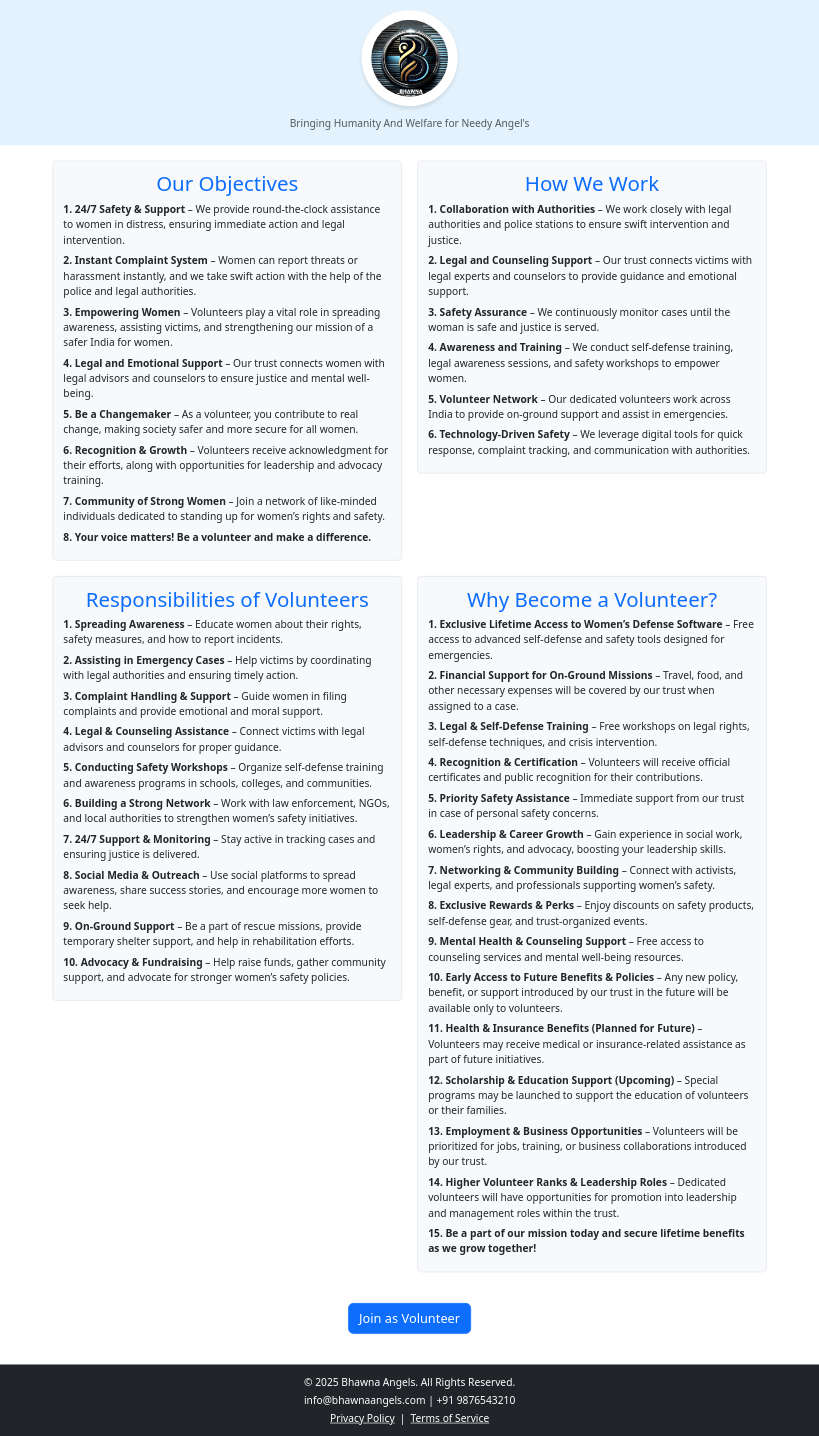
Repository: cloudwithbhawna/trust
Page: / (app in react/)
An editor plug-in stored every save of this project. The page is shown before and after a run of saves, followed by the edit.
The browser window is 1280 px wide. The pictures show the whole page, at 64% of full size.
The project was rebuilt for these pictures with package versions that can differ from the ones it lists, and the page was loaded fresh each time. Also part of the build but not shown: react/vite.config.js, react/src/index.css, react/src/pages/RegistrationPage.jsx.

Above is the page before, as saved 2025-03-08 22:51:11.

### react/src/App.jsx
import React from "react";
import { BrowserRouter as Router, Route, Routes } from "react-router-dom";
import "bootstrap/dist/css/bootstrap.min.css";
import Navbar from "./components/Navbar";
import HomePage from "./pages/HomePage";
import RegistrationPage from "./pages/RegistrationPage";
import Footer from "./components/Footer";
// import About from "./pages/About";
// import Contact from "./pages/Contact";

const App = () => {
  return (
    <Router>
      <Navbar />
      <Routes>
        <Route path="/" element={<HomePage />} />
        <Route path="/register" element={<RegistrationPage />} />
        {/* <Route path="/about" element={<About />} />
        <Route path="/contact" element={<Contact />} /> */}
      </Routes>
      <Footer/>
    </Router>
  );
};

export default App;

### react/src/components/Navbar.jsx
import React from "react";
import { Navbar as BootstrapNavbar, Nav, Container } from "react-bootstrap";
import logo from '../assets/poster/logo.jpg';

const Navbar = () => {
  return (
    <BootstrapNavbar expand="lg" className="py-3" style={{ backgroundColor: "#e3f2fd" }}>
      <Container className="d-flex flex-column align-items-center">
        {/* Logo Section */}
        <div className="d-flex flex-column align-items-center text-center">
          <div
            style={{
              width: "150px",
              height: "150px",
              borderRadius: "50%",
              backgroundColor: "#fff",
              display: "flex",
              alignItems: "center",
              justifyContent: "center",
              boxShadow: "0 4px 6px rgba(0,0,0,0.1)",
              marginBottom: "10px"
            }}
          >
            <img
              src={logo}
              alt="Logo"
              style={{
                width: "80%",
                height: "80%",
                borderRadius: "50%",
                objectFit: "cover"
              }}
            />
          </div>
          <h6 className="text-muted mt-2">Bringing Humanity And Welfare for Needy Angel's</h6>
        </div>
      </Container>
    </BootstrapNavbar>
  );
};

export default Navbar;

### react/src/pages/HomePage.jsx
import React from 'react';
import 'bootstrap/dist/css/bootstrap.min.css';

const HomePage = () => {
  // Static content
  const content = {
    objectives: [
      "24/7 Safety & Support – We provide round-the-clock assistance to women in distress, ensuring immediate action and legal intervention.",
      "Instant Complaint System – Women can report threats or harassment instantly, and we take swift action with the help of the police and legal authorities.",
      "Empowering Women – Volunteers play a vital role in spreading awareness, assisting victims, and strengthening our mission of a safer India for women.",
      "Legal and Emotional Support – Our trust connects women with legal advisors and counselors to ensure justice and mental well-being.",
      "Be a Changemaker – As a volunteer, you contribute to real change, making society safer and more secure for all women.",
      "Recognition & Growth – Volunteers receive acknowledgment for their efforts, along with opportunities for leadership and advocacy training.",
      "Community of Strong Women – Join a network of like-minded individuals dedicated to standing up for women’s rights and safety.",
      "Your voice matters! Be a volunteer and make a difference."
    ],
    how_we_work: [
      "Collaboration with Authorities – We work closely with legal authorities and police stations to ensure swift intervention and justice.",
      "Legal and Counseling Support – Our trust connects victims with legal experts and counselors to provide guidance and emotional support.",
      "Safety Assurance – We continuously monitor cases until the woman is safe and justice is served.",
      "Awareness and Training – We conduct self-defense training, legal awareness sessions, and safety workshops to empower women.",
      "Volunteer Network – Our dedicated volunteers work across India to provide on-ground support and assist in emergencies.",
      "Technology-Driven Safety – We leverage digital tools for quick response, complaint tracking, and communication with authorities."
    ],
    responsibilities: [
      "Spreading Awareness – Educate women about their rights, safety measures, and how to report incidents.",
      "Assisting in Emergency Cases – Help victims by coordinating with legal authorities and ensuring timely action.",
      "Complaint Handling & Support – Guide women in filing complaints and provide emotional and moral support.",
      "Legal & Counseling Assistance – Connect victims with legal advisors and counselors for proper guidance.",
      "Conducting Safety Workshops – Organize self-defense training and awareness programs in schools, colleges, and communities.",
      "Building a Strong Network – Work with law enforcement, NGOs, and local authorities to strengthen women’s safety initiatives.",
      "24/7 Support & Monitoring – Stay active in tracking cases and ensuring justice is delivered.",
      "Social Media & Outreach – Use social platforms to spread awareness, share success stories, and encourage more women to seek help.",
      "On-Ground Support – Be a part of rescue missions, provide temporary shelter support, and help in rehabilitation efforts.",
      "Advocacy & Fundraising – Help raise funds, gather community support, and advocate for stronger women’s safety policies."
    ],
    why_volunteer: [
      "Exclusive Lifetime Access to Women’s Defense Software – Free access to advanced self-defense and safety tools designed for emergencies.",
      "Financial Support for On-Ground Missions – Travel, food, and other necessary expenses will be covered by our trust when assigned to a case.",
      "Legal & Self-Defense Training – Free workshops on legal rights, self-defense techniques, and crisis intervention.",
      "Recognition & Certification – Volunteers will receive official certificates and public recognition for their contributions.",
      "Priority Safety Assistance – Immediate support from our trust in case of personal safety concerns.",
      "Leadership & Career Growth – Gain experience in social work, women’s rights, and advocacy, boosting your leadership skills.",
      "Networking & Community Building – Connect with activists, legal experts, and professionals supporting women’s safety.",
      "Exclusive Rewards & Perks – Enjoy discounts on safety products, self-defense gear, and trust-organized events.",
      "Mental Health & Counseling Support – Free access to counseling services and mental well-being resources.",
      "Early Access to Future Benefits & Policies – Any new policy, benefit, or support introduced by our trust in the future will be available only to volunteers.",
      "Health & Insurance Benefits (Planned for Future) – Volunteers may receive medical or insurance-related assistance as part of future initiatives.",
      "Scholarship & Education Support (Upcoming) – Special programs may be launched to support the education of volunteers or their families.",
      "Employment & Business Opportunities – Volunteers will be prioritized for jobs, training, or business collaborations introduced by our trust.",
      "Higher Volunteer Ranks & Leadership Roles – Dedicated volunteers will have opportunities for promotion into leadership and management roles within the trust.",
      "Be a part of our mission today and secure lifetime benefits as we grow together!"
    ]
  };

  // Function to format text with bold numbered points
  const formatWithNumbers = (list) => {
    return list.map((item, index) => {
      // Split the first phrase (before '–') and the remaining text
      const parts = item.split(" – ");
      return (
        <div key={index} className="mb-2">
          <b>{index + 1}. {parts[0]}</b>{parts[1] ? ` – ${parts[1]}` : ""}
        </div>
      );
    });
  };

  return (
    <div className="container mt-4">
      <div className="row">
        <div className="col-md-6 mb-4">
          <section className="p-3 border rounded bg-light">
            <h2 className="text-primary text-center">Our Objectives</h2>
            {formatWithNumbers(content.objectives)}
          </section>
        </div>
        <div className="col-md-6 mb-4">
          <section className="p-3 border rounded bg-light">
            <h2 className="text-primary text-center">How We Work</h2>
            {formatWithNumbers(content.how_we_work)}
          </section>
        </div>
        <div className="col-md-6 mb-4">
          <section className="p-3 border rounded bg-light">
            <h2 className="text-primary text-center">Responsibilities of Volunteers</h2>
            {formatWithNumbers(content.responsibilities)}
          </section>
        </div>
        <div className="col-md-6 mb-4">
          <section className="p-3 border rounded bg-light">
            <h2 className="text-primary text-center">Why Become a Volunteer?</h2>
            {formatWithNumbers(content.why_volunteer)}
          </section>
        </div>
      </div>

      {/* Join as Volunteer Button */}
      <div className="text-center mt-4">
        <button className="btn btn-primary btn-lg">Join as Volunteer</button>
      </div>
    </div>
  );
};

export default HomePage;

### react/src/components/Footer.jsx
import React from "react";
import "bootstrap/dist/css/bootstrap.min.css";

const Footer = () => {
  return (
    <footer className="bg-dark text-white text-center py-3 mt-5">
      <div className="container">
        <p className="mb-1">© 2025 Bhawna Angels. All Rights Reserved.</p>
        <p className="mb-1">
          <a href="mailto:info@bhawnaangels.com" className="text-white text-decoration-none">
            info@bhawnaangels.com
          </a>{" "}
          | +91 9876543210
        </p>
        <div>
          <a href="#" className="text-white mx-2">
            Privacy Policy
          </a>
          |
          <a href="#" className="text-white mx-2">
            Terms of Service
          </a>
        </div>
      </div>
    </footer>
  );
};

export default Footer;

Loaded but not shown: react/index.html (common file); react/src/main.jsx (common file)

After the next 3 saves:
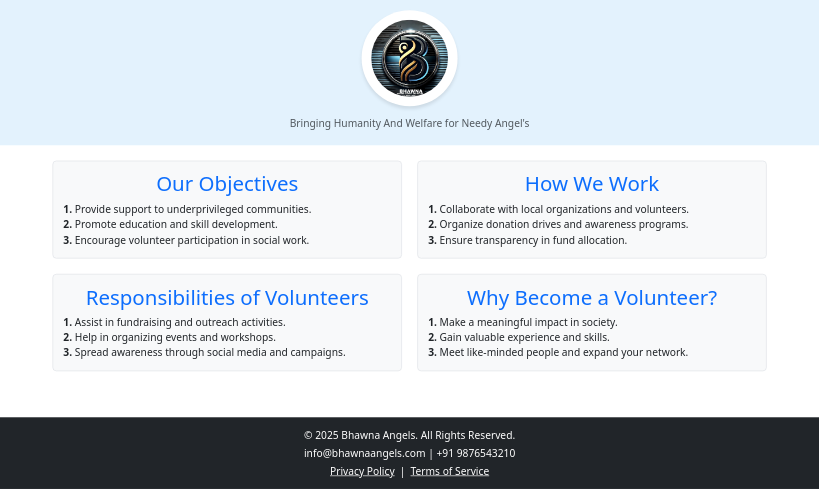
The 3 saves are shown as one change because they came seconds apart.
The last was saved 8 min 26 s later.
--- a/react/src/pages/HomePage.jsx
+++ b/react/src/pages/HomePage.jsx
@@ -2,68 +2,37 @@ import React from 'react';
 import 'bootstrap/dist/css/bootstrap.min.css';
 
 const HomePage = () => {
-  // Static content
+  // Predefined static content
   const content = {
     objectives: [
-      "24/7 Safety & Support – We provide round-the-clock assistance to women in distress, ensuring immediate action and legal intervention.",
-      "Instant Complaint System – Women can report threats or harassment instantly, and we take swift action with the help of the police and legal authorities.",
-      "Empowering Women – Volunteers play a vital role in spreading awareness, assisting victims, and strengthening our mission of a safer India for women.",
-      "Legal and Emotional Support – Our trust connects women with legal advisors and counselors to ensure justice and mental well-being.",
-      "Be a Changemaker – As a volunteer, you contribute to real change, making society safer and more secure for all women.",
-      "Recognition & Growth – Volunteers receive acknowledgment for their efforts, along with opportunities for leadership and advocacy training.",
-      "Community of Strong Women – Join a network of like-minded individuals dedicated to standing up for women’s rights and safety.",
-      "Your voice matters! Be a volunteer and make a difference."
+      "Provide support to underprivileged communities.",
+      "Promote education and skill development.",
+      "Encourage volunteer participation in social work."
     ],
     how_we_work: [
-      "Collaboration with Authorities – We work closely with legal authorities and police stations to ensure swift intervention and justice.",
-      "Legal and Counseling Support – Our trust connects victims with legal experts and counselors to provide guidance and emotional support.",
-      "Safety Assurance – We continuously monitor cases until the woman is safe and justice is served.",
-      "Awareness and Training – We conduct self-defense training, legal awareness sessions, and safety workshops to empower women.",
-      "Volunteer Network – Our dedicated volunteers work across India to provide on-ground support and assist in emergencies.",
-      "Technology-Driven Safety – We leverage digital tools for quick response, complaint tracking, and communication with authorities."
+      "Collaborate with local organizations and volunteers.",
+      "Organize donation drives and awareness programs.",
+      "Ensure transparency in fund allocation."
     ],
     responsibilities: [
-      "Spreading Awareness – Educate women about their rights, safety measures, and how to report incidents.",
-      "Assisting in Emergency Cases – Help victims by coordinating with legal authorities and ensuring timely action.",
-      "Complaint Handling & Support – Guide women in filing complaints and provide emotional and moral support.",
-      "Legal & Counseling Assistance – Connect victims with legal advisors and counselors for proper guidance.",
-      "Conducting Safety Workshops – Organize self-defense training and awareness programs in schools, colleges, and communities.",
-      "Building a Strong Network – Work with law enforcement, NGOs, and local authorities to strengthen women’s safety initiatives.",
-      "24/7 Support & Monitoring – Stay active in tracking cases and ensuring justice is delivered.",
-      "Social Media & Outreach – Use social platforms to spread awareness, share success stories, and encourage more women to seek help.",
-      "On-Ground Support – Be a part of rescue missions, provide temporary shelter support, and help in rehabilitation efforts.",
-      "Advocacy & Fundraising – Help raise funds, gather community support, and advocate for stronger women’s safety policies."
+      "Assist in fundraising and outreach activities.",
+      "Help in organizing events and workshops.",
+      "Spread awareness through social media and campaigns."
     ],
     why_volunteer: [
-      "Exclusive Lifetime Access to Women’s Defense Software – Free access to advanced self-defense and safety tools designed for emergencies.",
-      "Financial Support for On-Ground Missions – Travel, food, and other necessary expenses will be covered by our trust when assigned to a case.",
-      "Legal & Self-Defense Training – Free workshops on legal rights, self-defense techniques, and crisis intervention.",
-      "Recognition & Certification – Volunteers will receive official certificates and public recognition for their contributions.",
-      "Priority Safety Assistance – Immediate support from our trust in case of personal safety concerns.",
-      "Leadership & Career Growth – Gain experience in social work, women’s rights, and advocacy, boosting your leadership skills.",
-      "Networking & Community Building – Connect with activists, legal experts, and professionals supporting women’s safety.",
-      "Exclusive Rewards & Perks – Enjoy discounts on safety products, self-defense gear, and trust-organized events.",
-      "Mental Health & Counseling Support – Free access to counseling services and mental well-being resources.",
-      "Early Access to Future Benefits & Policies – Any new policy, benefit, or support introduced by our trust in the future will be available only to volunteers.",
-      "Health & Insurance Benefits (Planned for Future) – Volunteers may receive medical or insurance-related assistance as part of future initiatives.",
-      "Scholarship & Education Support (Upcoming) – Special programs may be launched to support the education of volunteers or their families.",
-      "Employment & Business Opportunities – Volunteers will be prioritized for jobs, training, or business collaborations introduced by our trust.",
-      "Higher Volunteer Ranks & Leadership Roles – Dedicated volunteers will have opportunities for promotion into leadership and management roles within the trust.",
-      "Be a part of our mission today and secure lifetime benefits as we grow together!"
+      "Make a meaningful impact in society.",
+      "Gain valuable experience and skills.",
+      "Meet like-minded people and expand your network."
     ]
   };
 
-  // Function to format text with bold numbered points
+  // Function to format text with numbered points
   const formatWithNumbers = (list) => {
-    return list.map((item, index) => {
-      // Split the first phrase (before '–') and the remaining text
-      const parts = item.split(" – ");
-      return (
-        <div key={index} className="mb-2">
-          <b>{index + 1}. {parts[0]}</b>{parts[1] ? ` – ${parts[1]}` : ""}
-        </div>
-      );
-    });
+    return list.map((item, index) => (
+      <div key={index}>
+        <b>{index + 1}. </b> {item}
+      </div>
+    ));
   };
 
   return (
@@ -94,11 +63,6 @@ const HomePage = () => {
           </section>
         </div>
       </div>
-
-      {/* Join as Volunteer Button */}
-      <div className="text-center mt-4">
-        <button className="btn btn-primary btn-lg">Join as Volunteer</button>
-      </div>
     </div>
   );
 };
